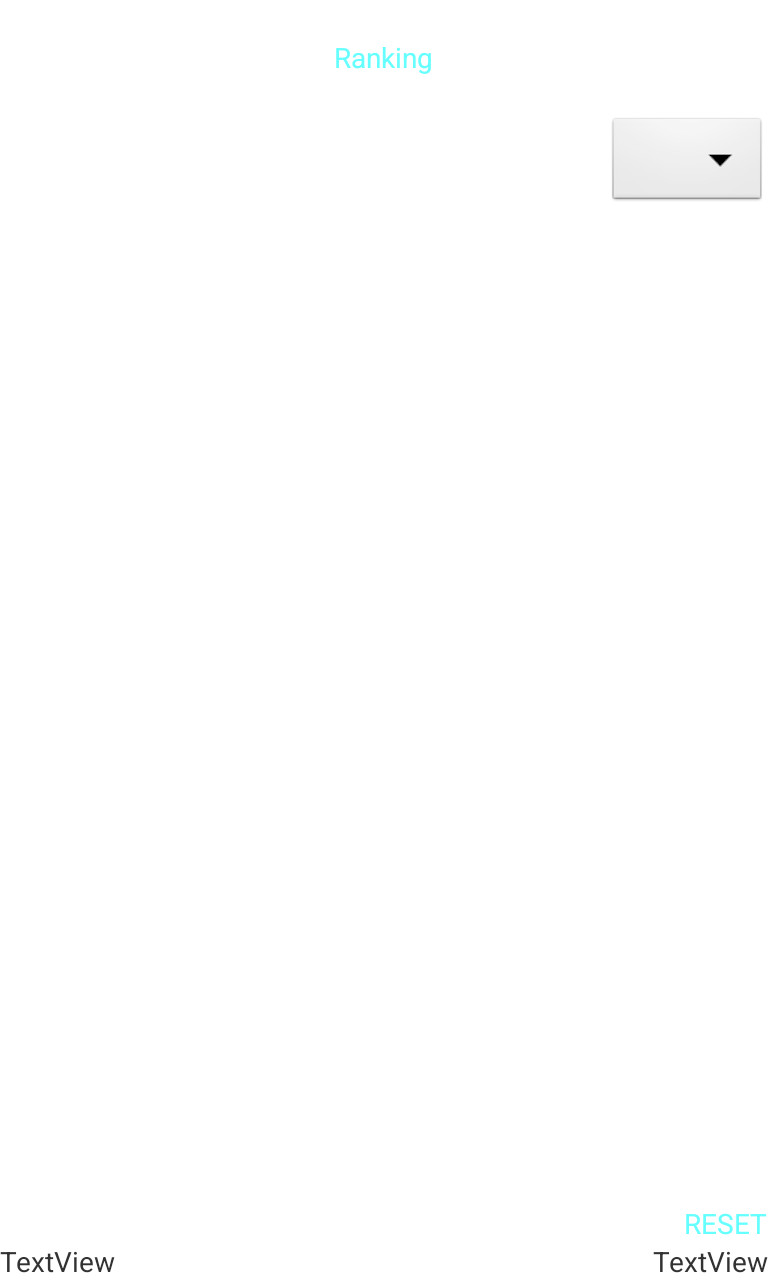
Repository: zwycid/dimension-drive-downside
Layout: lk/gameUIDesign/res/layout/ranking.xml
The author's editor kept a copy of each file at every save. The layout is drawn from the files as they stood at one save, then again after the next save.
It is drawn on a 768 x 1280 px phone screen (xhdpi) without system bars, with theme AppTheme; the app's code is not run. Lists and similar views that code fills are empty.

Above is the layout before, as saved 2012-07-11 14:29:53.

After the next save:
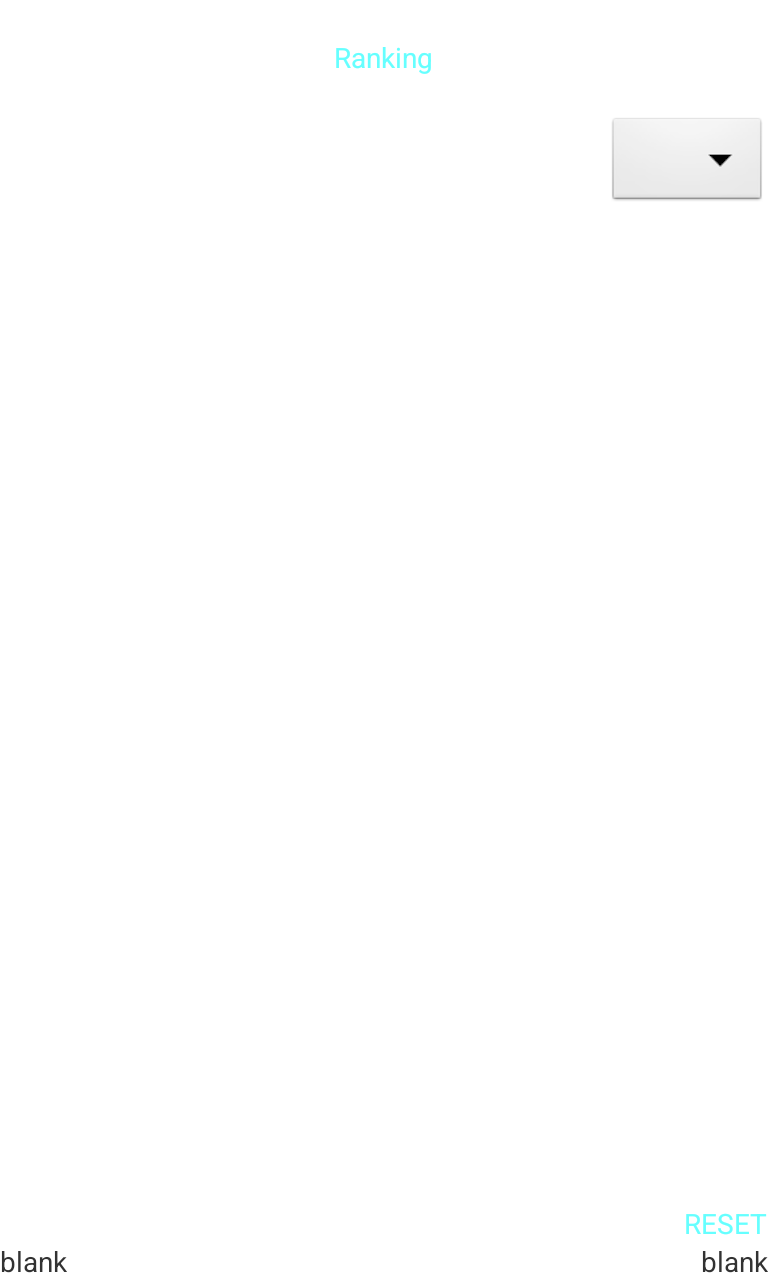
Saved 18 s later.
--- a/lk/gameUIDesign/res/layout/ranking.xml
+++ b/lk/gameUIDesign/res/layout/ranking.xml
@@ -69,7 +69,7 @@
         android:layout_height="wrap_content"
         android:layout_alignParentBottom="true"
         android:layout_alignParentRight="true"
-        android:text="TextView" />
+        android:text="@string/blank" />
 
     <TextView
         android:id="@+id/blankView5"
@@ -77,6 +77,6 @@
         android:layout_height="wrap_content"
         android:layout_alignParentBottom="true"
         android:layout_alignParentLeft="true"
-        android:text="TextView" />
+        android:text="@string/blank" />
 
 </RelativeLayout>
